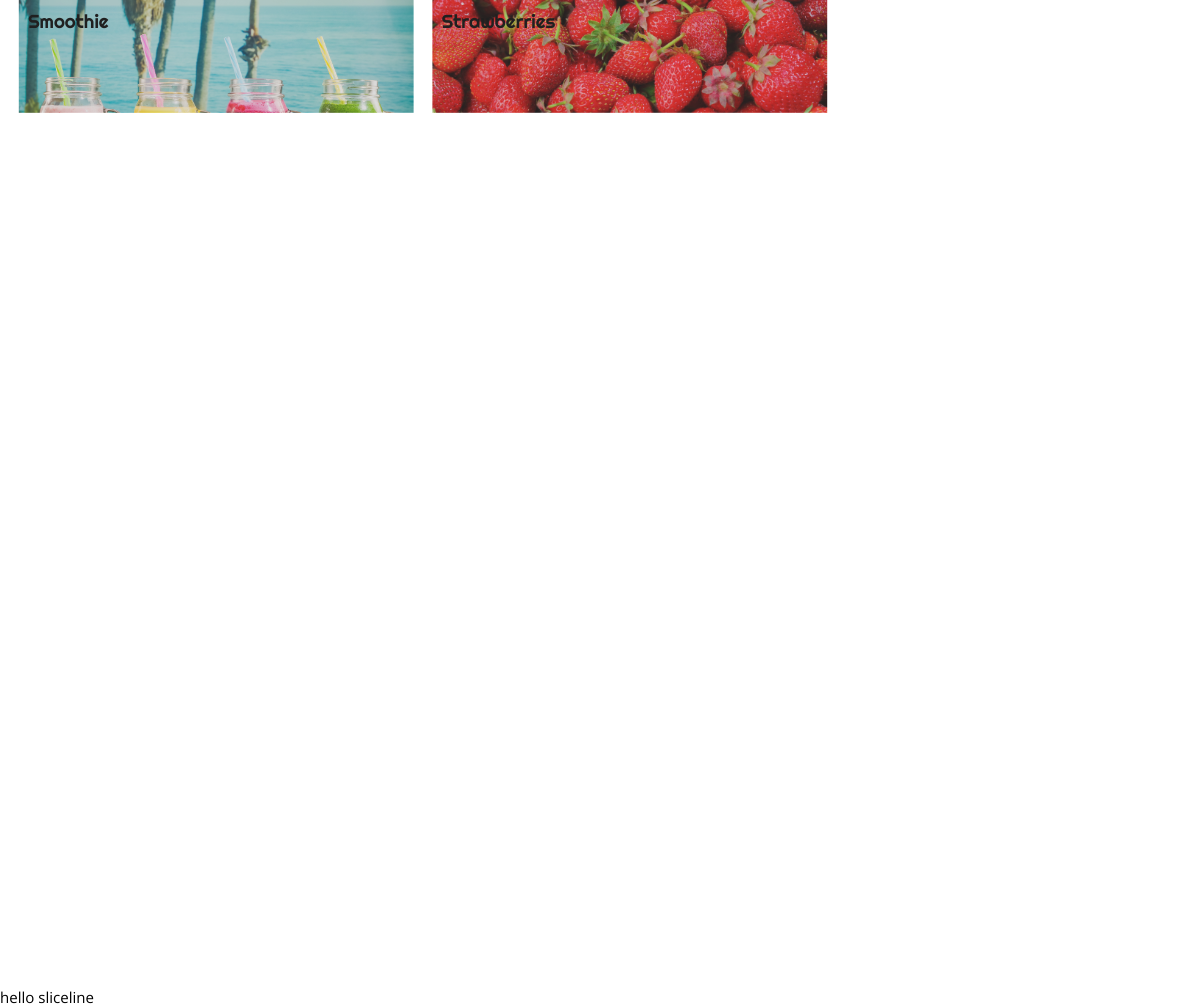
Repository: c0debase/LivingFoods
Page: /
These files come from the project's save history. The page is drawn as it stood at one moment and after the next save; the edit follows.
The browser window is 1280 px wide. The pictures show the part of the page from y = 200 to 1272 px (the page is 1272 px tall), at 94% of full size.
The project was rebuilt for these pictures with package versions that can differ from the ones it lists, and the page was loaded fresh each time.

Above is the page before, as saved 2021-09-19 15:52:34.

### public/index.html
<!DOCTYPE html>
<html lang="en">
  <head>
    <meta charset="utf-8" />
    <link rel="icon" href="%PUBLIC_URL%/favicon.ico" />
    <meta name="viewport" content="width=device-width, initial-scale=1" />
    <meta name="theme-color" content="#000000" />
    <meta
      name="description"
      content="Web site created using create-react-app"
    />
    <link rel="apple-touch-icon" href="%PUBLIC_URL%/logo192.png" />

    <link rel="preconnect" href="https://fonts.googleapis.com">
    <link rel="preconnect" href="https://fonts.gstatic.com" crossorigin>
    <link href="https://fonts.googleapis.com/css2?family=Open+Sans|Righteous" rel="stylesheet">

    <!--
      manifest.json provides metadata used when your web app is installed on a
      user's mobile device or desktop. See https://developers.google.com/web/fundamentals/web-app-manifest/
    -->
    <link rel="manifest" href="%PUBLIC_URL%/manifest.json" />
    <!--
      Notice the use of %PUBLIC_URL% in the tags above.
      It will be replaced with the URL of the `public` folder during the build.
      Only files inside the `public` folder can be referenced from the HTML.

      Unlike "/favicon.ico" or "favicon.ico", "%PUBLIC_URL%/favicon.ico" will
      work correctly both with client-side routing and a non-root public URL.
      Learn how to configure a non-root public URL by running `npm run build`.
    -->
    <title>React App</title>
  </head>
  <body>
    <noscript>You need to enable JavaScript to run this app.</noscript>
    <div id="root"></div>
    <!--
      This HTML file is a template.
      If you open it directly in the browser, you will see an empty page.

      You can add webfonts, meta tags, or analytics to this file.
      The build step will place the bundled scripts into the <body> tag.

      To begin the development, run `npm start` or `yarn start`.
      To create a production bundle, use `npm run build` or `yarn build`.
    -->
  </body>
</html>

### src/App.js
import { createGlobalStyle } from 'styled-components';
import { Navbar } from "./Navbar/Navbar";
import {Banner} from './Banner/Banner';
import {Menu} from './Menu/Menu';

const GlobalStyle = createGlobalStyle`
  body {
    font-family: 'Open Sans', sans-serif;
    margin: 0;
  }

  h1, h2, h3 {
    font-family: 'Righteous', cursive;
  }
`

function App() {
  return (
    <>
      <GlobalStyle />
      <Navbar />
      <Banner />
      <Menu />
      hello sliceline
    </>
  );
}

export default App;

### src/Navbar/Navbar.js
import React from 'react';
import styled from 'styled-components';
import {pizzaRed} from '../Styles/colors';
import {Title} from '../Styles/title';


export const NavbarStyled = styled.div`
  background-color: ${pizzaRed};
  padding: 10px;
  position: fixed;
  width: 100%;
  z-index: 999;
`

const Logo = styled(Title)`
  font-size: 20px;
  color: white;
  text-shadow: 1px 1px 4px #380502;
`;

export function Navbar(){
  return (
  <NavbarStyled>
    <Logo>Juggly Juice 🥤</Logo>
  </NavbarStyled>
  )
}

### src/Banner/Banner.js
import styled from 'styled-components';

export const Banner = styled.div`
  height: 200px;
  background-image: url("img/bowl-hand.jpg");
  background-position: center;
  background-size: cover;
  filter: contrast(75%);
`;

### src/Menu/Menu.js
import React from 'react';
import styled from 'styled-components';
import {foods} from '../Data/FoodData';
import {Food, FoodGrid} from '../Menu/FoodGrid'

const MenuStyled = styled.div`
  height: 1000px;
  margin: 0px 400px 50px 20px;
`;

export function Menu() {
  return <MenuStyled>
  <FoodGrid>
    {foods.map((food, index) => (
      <Food img={food.img}>{food.name}</Food>
    ))}
    </FoodGrid>
  </MenuStyled>
}

### src/Styles/colors.js
export const pizzaRed = "#f44336";

### src/Styles/title.js
import styled from 'styled-components';

export const Title = styled.div`
  font-family: 'Righteous', cursive;
`;

### src/Data/FoodData.js
export const foods = [
  {
    name: 'Smoothie',
    img: '/img/smoothies.jpg'
  },
  {
    name: 'Strawberries',
    img: '/img/strawberries.jpg'
  }
];

### src/Menu/FoodGrid.js
import styled from 'styled-components';
import {Title} from '../Styles/title';

export const FoodGrid = styled.div`
  display: grid;
  grid-template-columns: 1fr 1fr;
  gap: 20px;
`;


export const Food = styled(Title)`
  height: 100px;
  padding: 10px;
  font-size: 20px;
  background-image: ${({img}) => `url(${img});`};
  background-position: center;
  background-size: cover;
  filter: contrast(75%);
`;

Loaded but not shown: src/index.js (common file); src/reportWebVitals.js (common file)

After the next save:
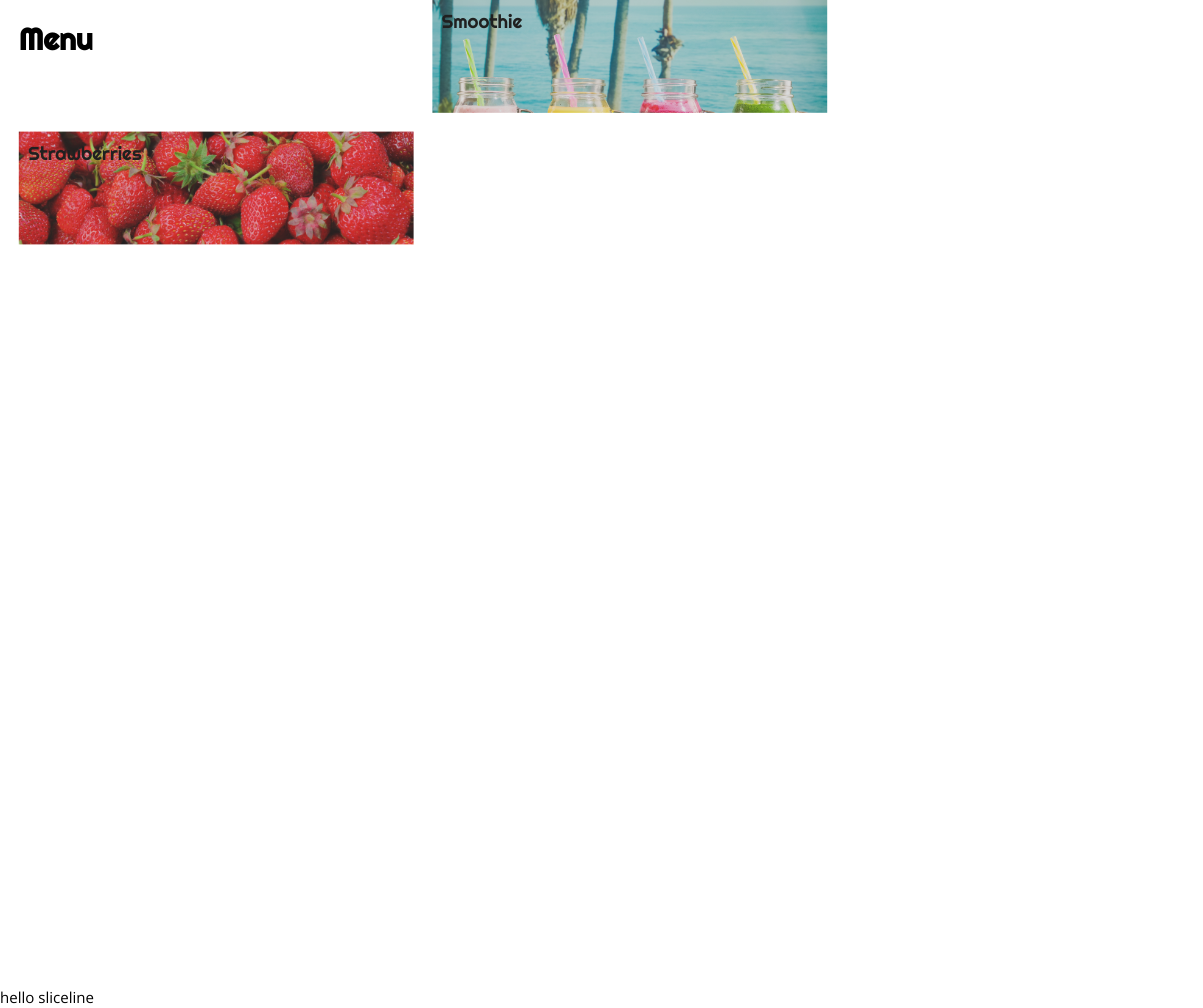
Saved 18 s later.
--- a/src/Menu/Menu.js
+++ b/src/Menu/Menu.js
@@ -11,6 +11,7 @@ const MenuStyled = styled.div`
 export function Menu() {
   return <MenuStyled>
   <FoodGrid>
+  <h1>Menu</h1>
     {foods.map((food, index) => (
       <Food img={food.img}>{food.name}</Food>
     ))}
